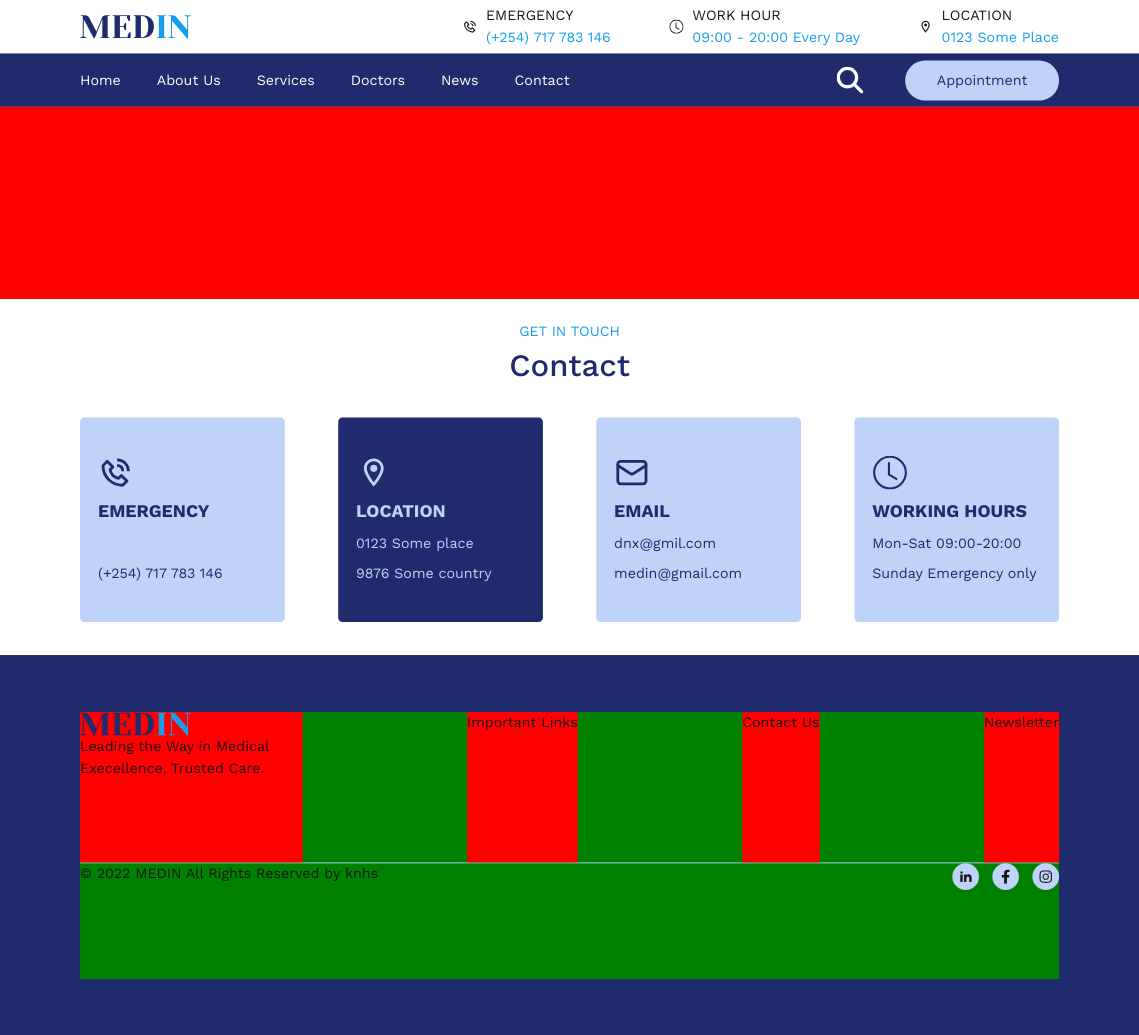
Repository: SynHK3/Poc_Hospital
Page: /appointment (app in fe_hospital/)
An editor plug-in stored every save of this project. The page is shown before and after a run of saves, followed by the edit.
The browser window is 1280 px wide. The pictures show the whole page, at 89% of full size.
The project was rebuilt for these pictures with package versions that can differ from the ones it lists, and the page was loaded fresh each time. The framework's server and built-in components were replaced by stand-ins that run in the browser. Also part of the build but not shown: fe_hospital/next.config.ts.

Above is the page before, as saved 2025-09-02 16:43:42.

After the next 4 saves:
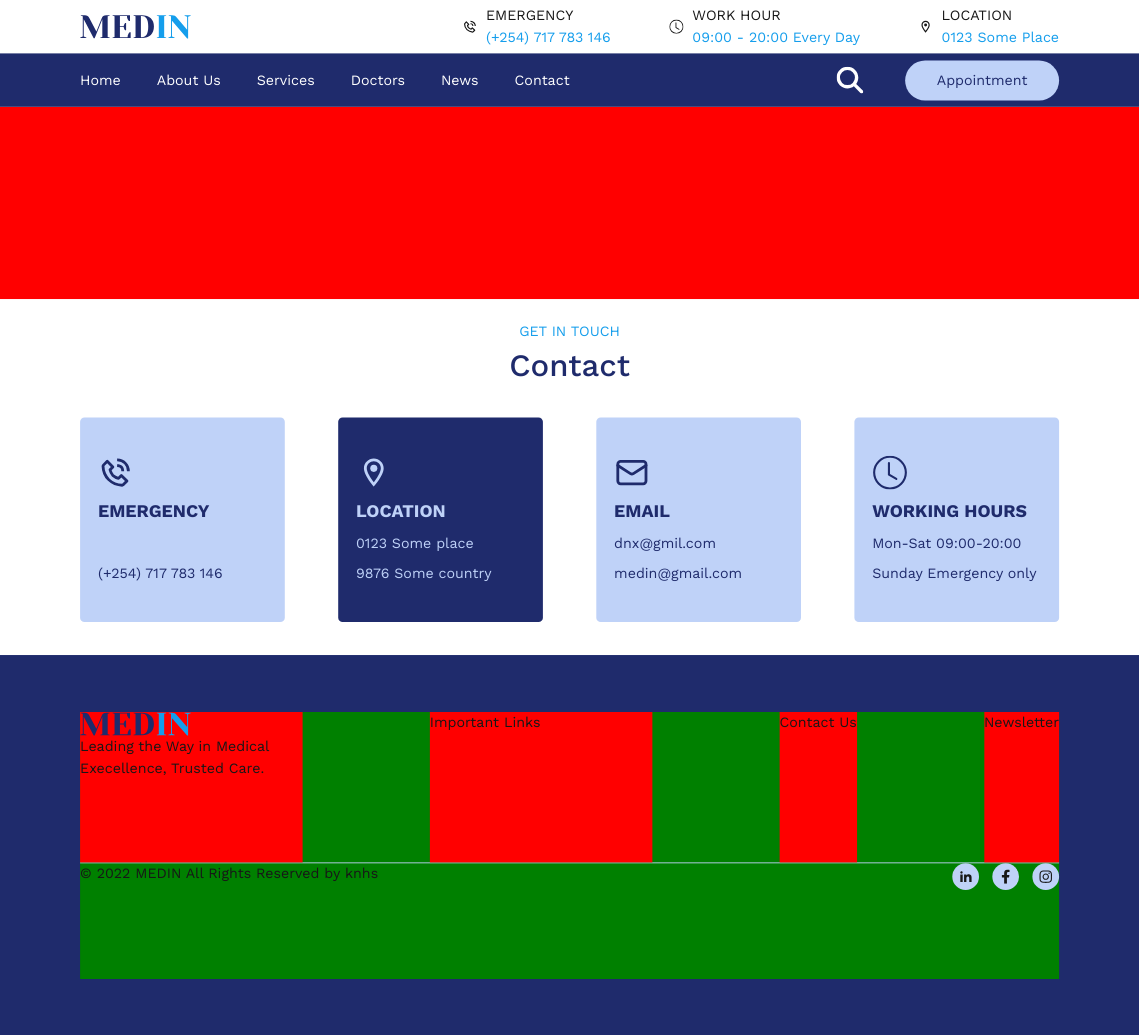
The 4 saves are shown as one change because they came seconds apart.
The last was saved 13 s later.
--- a/fe_hospital/src/components/footer/footer.css
+++ b/fe_hospital/src/components/footer/footer.css
@@ -24,8 +24,8 @@
   background-color: red;
 }
 
-.list__footer--item > li {
-
+.list__footer--item > li:nth-child(2) {
+  width: 250px;
 }
 
 .headline__footer {
